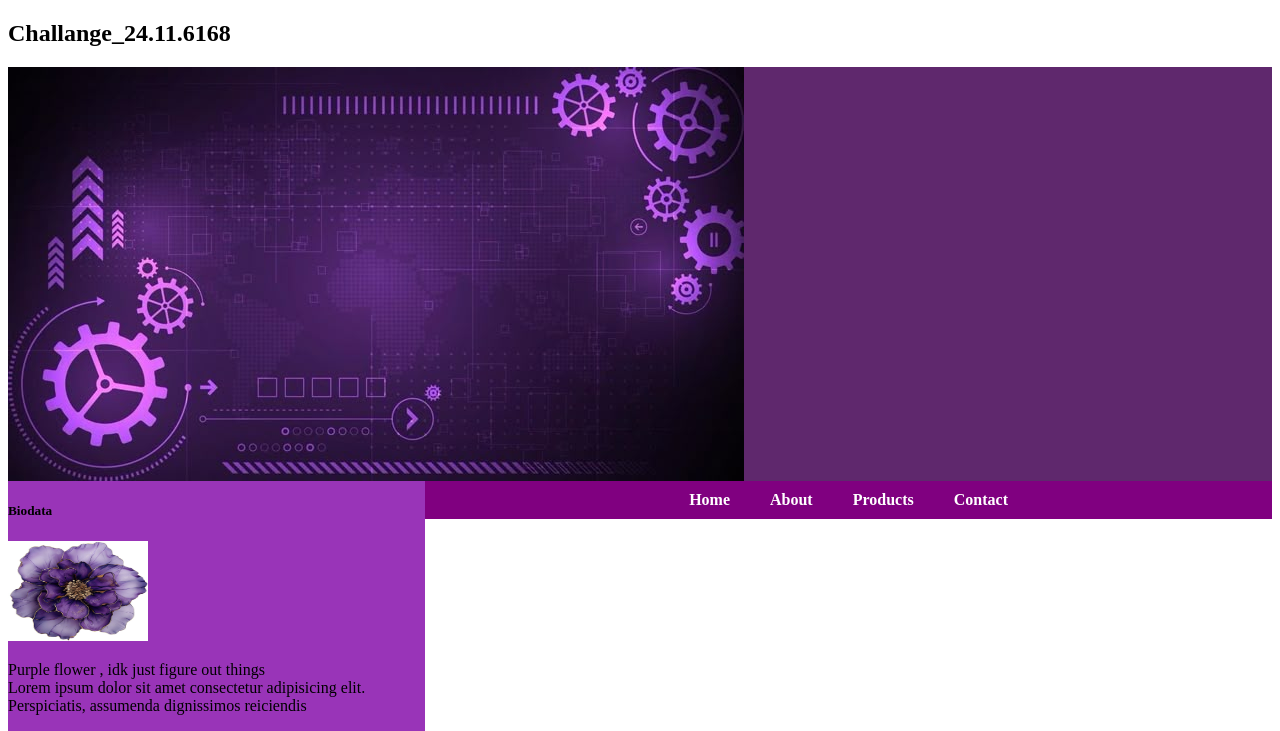
Repository: Ms-Ulfiyahrustam/p5_pemogramanweb
Page: index.html
The author's editor kept a copy of each file at every save. The page is drawn from the files as they stood at one save, then again after the next save.
The browser window is 1280 px wide. The pictures show the whole page.

Above is the page before, as saved 2026-04-27 09:29:42.

### index.html
<!DOCTYPE html>
<html lang="en">
<head>
    <meta charset="UTF-8">
    <meta name="viewport" content="width=device-width, initial-scale=1.0">
    <link rel="stylesheet" href="style.css">
    <title>Document</title>
</head>
<body class="">
    <h2>Challange_24.11.6168</h2>
    <div class="flex-container">
        <img src="download.jpg" alt="">
    </div>
    <div class="leftside">
        <h5>Biodata</h5>
        <img src="purple.jpg" alt="" width="140" height="100" >
        <p>Purple flower , idk just figure out things <br>
            Lorem ipsum dolor sit amet consectetur adipisicing elit. Perspiciatis, assumenda dignissimos reiciendis  <br>
        </p>
    </div>
    <div class="midplace">
<nav class="menu">
  <ul>
    <li><a href="#">Home</a></li>
    <li><a href="#">About</a></li>
    <li><a href="#">Products</a></li>
    <li><a href="#">Contact</a></li>
  </ul>
</nav>
        </div>
</body>
</html>

### style.css


.flex-container{
    display: flex;
    background-color: rgb(95, 40, 109);
    margin: auto;
}

.leftside{
    width:33%;
    float:left;
    background-color: rgb(153, 52, 184);

}

.rightside{

}

.midplace{
    background-color: purple;
    color: azure;

}


.menu {
  background-color: purple;
  padding: 10px 0;
}

.menu ul {
  display: flex;
  justify-content: center; /* bikin menu ke tengah */
  list-style: none;
  margin: 0;
  padding: 0;
}

.menu li {
  margin: 0 20px;
}

.menu a {
  text-decoration: none;
  color: white;
  font-weight: bold;
}

After the next save:
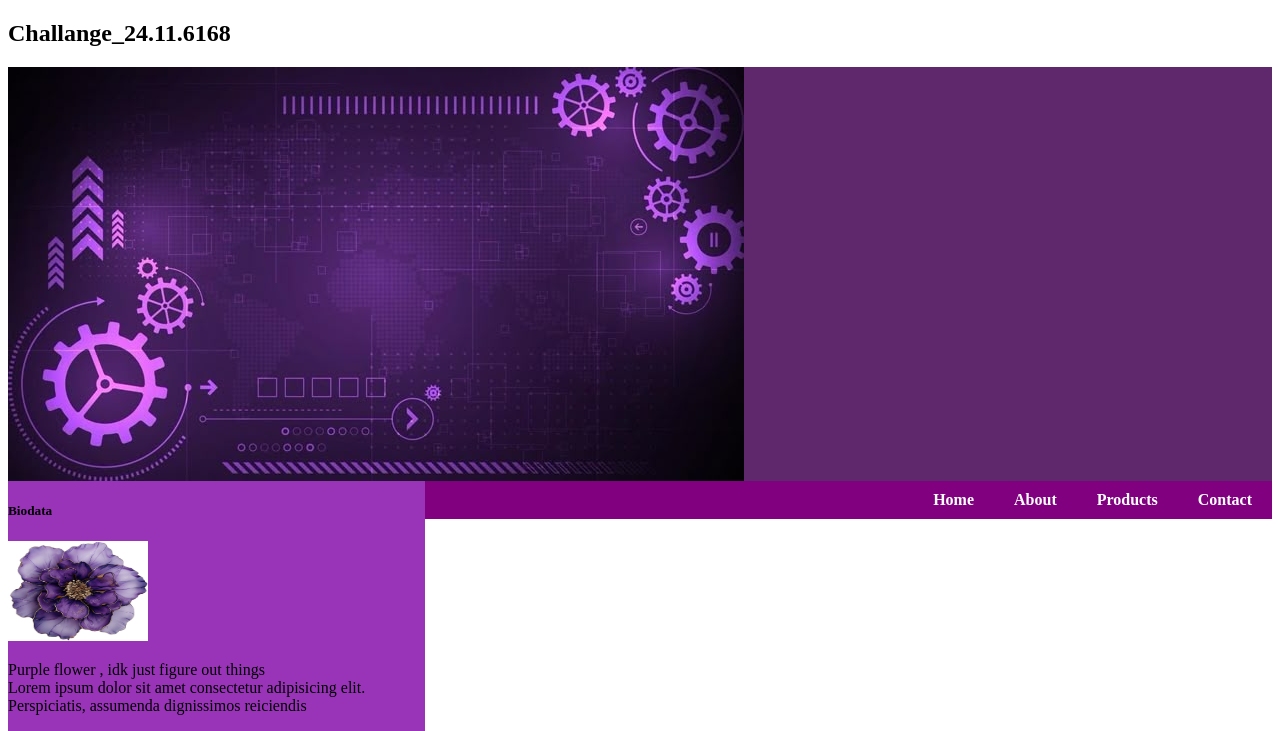
Saved 30 s later.
--- a/style.css
+++ b/style.css
@@ -31,7 +31,7 @@
 
 .menu ul {
   display: flex;
-  justify-content: center; /* bikin menu ke tengah */
+  justify-content: right;
   list-style: none;
   margin: 0;
   padding: 0;
